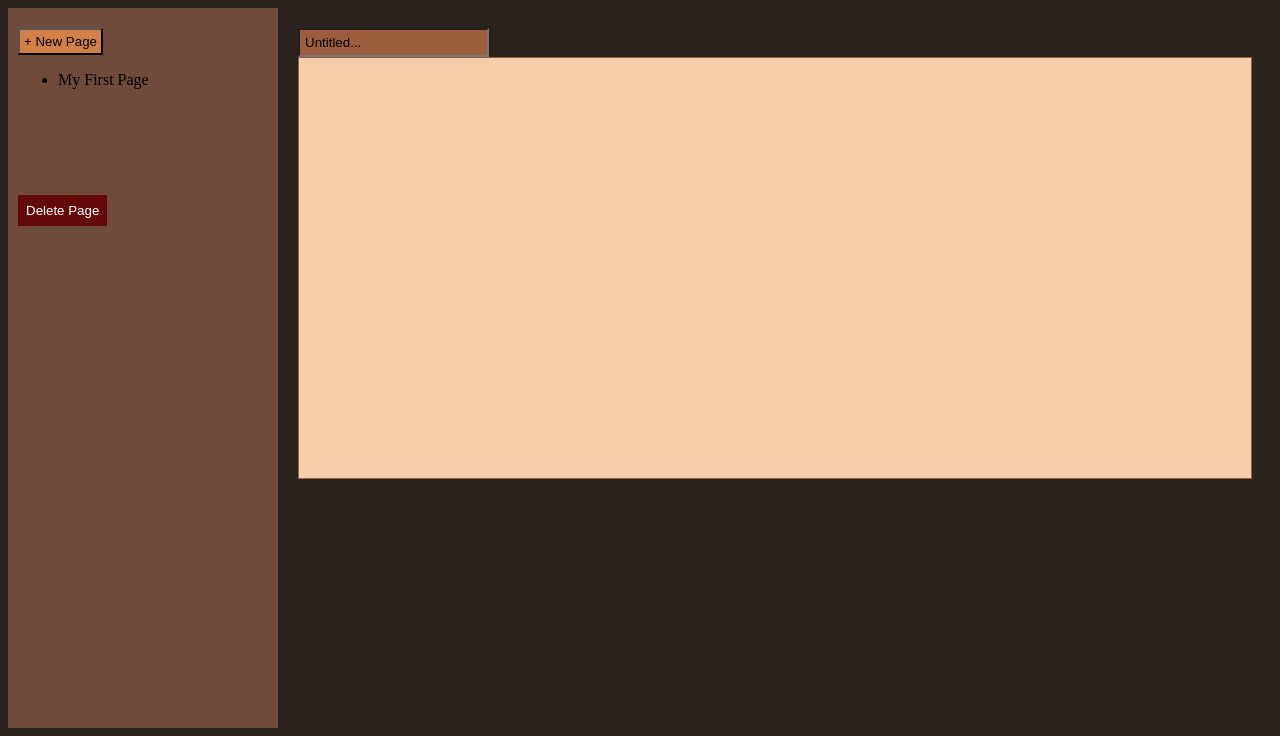
Repository: Dharshinimk-521/notes-app
Page: index.html
The author's editor kept a copy of each file at every save. The page is drawn from the files as they stood at one save, then again after the next save.
The browser window is 1280 px wide. The pictures show the whole page.

Above is the page before, as saved 2026-04-18 22:06:55.

### index.html
<!DOCTYPE html>
<html lang="en">
    <head>
        <meta charset="UTF-8">
        <meta name="viewport" content="width=device-width, initial-scale=1.0">
        <title>Notes App</title>
        <link rel="stylesheet" href="style.css">
        <script src="app.js" defer></script>
    </head>
    <body>
    <div class="app">

        <aside class="sidebar">
        <button id="newPageBtn">+ New Page</button>
        <ul id="pageList"></ul>
        <button id="deletePageBtn"> Delete Page</button>
        </aside>

        <main class="editor">
        <input id="pageTitle" placeholder="Untitled..." />
        <div id="editorArea" contenteditable="true"></div>
        </main>

    </div>


    </body>
</html>

### style.css
body{
    background-color: #29221D;
}
.app {
  margin: 0;
  display: flex;
  height: 100vh;

}

.sidebar {
  width: 250px;
  background: #704B3C;
  padding: 10px;
}

.editor {
  flex: 1;
  padding: 20px;
}

#editorArea {
  min-height: 400px;
  background-color: #F6CEA9;
  border: 1px solid #9E5E3D;
  padding: 10px;
}
#newPageBtn{
 background-color: #D28048;
 padding: 4px;
 margin-top: 10px;
}
#pageTitle{
    padding:5px;
    background-color: #9E5E3D;
    color: black;
}
::placeholder{
    color:black;
    opacity: 1
}
#deletePageBtn {
  margin-top: 90px;
  background: #630909;
  color: white;
  border: none;
  padding: 8px;
  cursor: pointer;
}

### app.js
// Load pages from localStorage OR use default
let pages = JSON.parse(localStorage.getItem("pages")) || [
  {
    id: "123",
    title: "My First Page",
    content: "<p>Hello world</p>"
  }
];

let currentPageId = null;

// Save all pages
function savePages() {
  localStorage.setItem("pages", JSON.stringify(pages));
}

// Create new page
function createPage() {
  const newPage = {
    id: Date.now().toString(),
    title: "Untitled",
    content: ""
  };

  pages.push(newPage);
  savePages();
  renderPages();
  openPage(newPage.id);
}

// Render sidebar
function renderPages() {
  const pageList = document.getElementById("pageList");
  pageList.innerHTML = "";

  pages.forEach((page) => {
    const li = document.createElement("li");
    li.textContent = page.title;

    if (page.id === currentPageId) {
      li.style.background = "#ddd";
    }

    li.onclick = () => openPage(page.id);

    pageList.appendChild(li);
  });
}

// Open page
function openPage(id) {
    console.log("Opening page:", id);
  const page = pages.find(p => p.id === id);
  currentPageId = id;

  if (!page) return;

  document.getElementById("pageTitle").value = page.title;
  document.getElementById("editorArea").innerHTML = page.content;
}

// Auto save current page
function saveCurrentPage() {
  const page = pages.find(p => p.id === currentPageId);
  if (!page) return;

  page.title = document.getElementById("pageTitle").value;
  page.content = document.getElementById("editorArea").innerHTML;

  savePages();
}
//del func
function deleteCurrentPage() {
  if (!currentPageId) return;

  const confirmDelete = confirm("Delete this page?");
  if (!confirmDelete) return;

  pages = pages.filter(p => p.id !== currentPageId);

  savePages();
  renderPages();

  if (pages.length > 0) {
    openPage(pages[0].id);
  } else {
    currentPageId = null;
    document.getElementById("pageTitle").value = "";
    document.getElementById("editorArea").innerHTML = "";
  }
}
// Event listeners
document.getElementById("newPageBtn").onclick = createPage;
document.getElementById("editorArea").addEventListener("input", saveCurrentPage);
document.getElementById("pageTitle").addEventListener("input", saveCurrentPage);
document.getElementById("deletePageBtn").onclick = deleteCurrentPage;
// Initial render
renderPages();

After the next save:
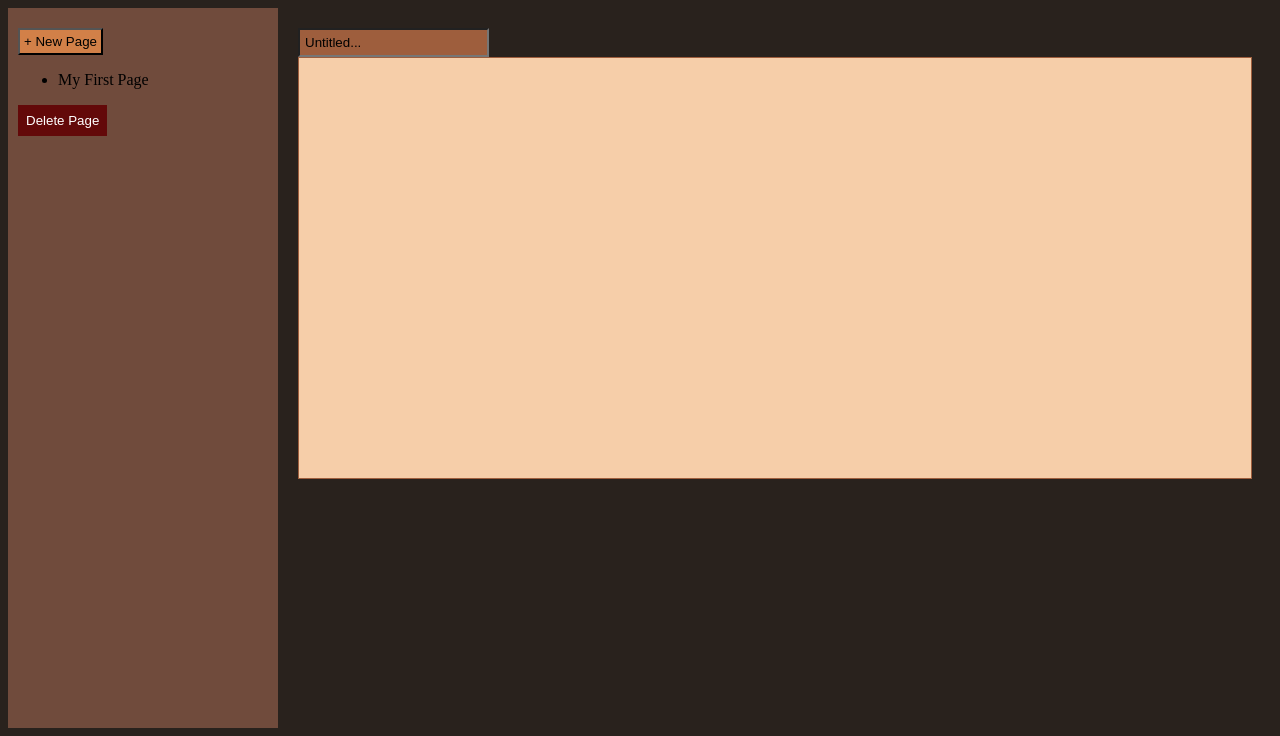
Saved 10 s later.
--- a/style.css
+++ b/style.css
@@ -40,7 +40,7 @@ body{
     opacity: 1
 }
 #deletePageBtn {
-  margin-top: 90px;
+  margin-bottom: 90px;
   background: #630909;
   color: white;
   border: none;
